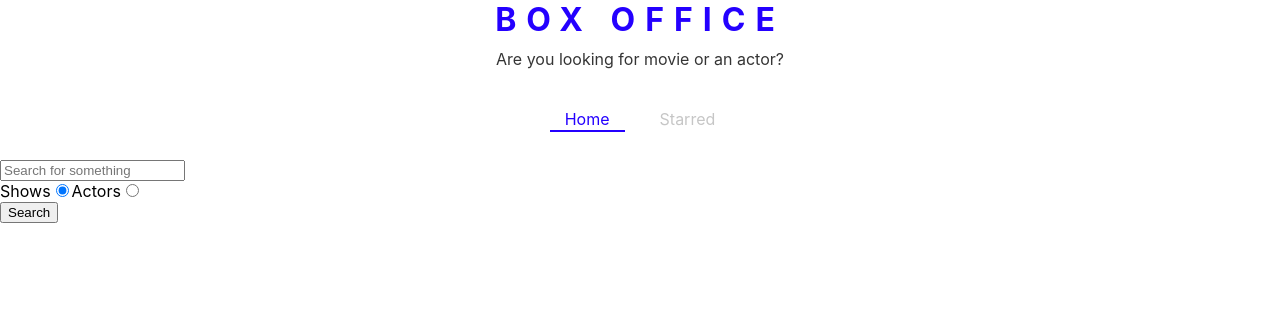
Repository: Mayur2905/Box-office
Page: /
These files come from the project's save history. The page is drawn as it stood at one moment and after the next save; the edit follows.
The browser window is 1280 px wide. The pictures show the whole page.
The project was rebuilt for these pictures with package versions that can differ from the ones it lists, and the page was loaded fresh each time. A package was used in the major version that the imports need, not the one package.json lists. Also part of the build but not shown: src/components/styled.js, src/components/show/ShowCard.styled.js, src/components/show/ShowCard.js, src/components/show/ShowGrid.js, src/components/actor/ActorCard.js, src/components/actor/ActorGrid.js, src/pages/Starred.js, src/components/show/ShowMainData.styled.js and 9 more.

Above is the page before, as saved 2021-10-16 21:19:29.

### public/index.html
<!DOCTYPE html>
<html lang="en">
  <head>
    <meta charset="utf-8" />
    <link rel="icon" href="%PUBLIC_URL%/favicon.ico" />
    <meta name="viewport" content="width=device-width, initial-scale=1" />
    <meta name="theme-color" content="#000000" />
    <meta
      name="description"
      content="Web site created using create-react-app"
    />
    <link rel="apple-touch-icon" href="%PUBLIC_URL%/logo192.png" />
    <!--
      manifest.json provides metadata used when your web app is installed on a
      user's mobile device or desktop. See https://developers.google.com/web/fundamentals/web-app-manifest/
    -->
    <link rel="manifest" href="%PUBLIC_URL%/manifest.json" />
    <!--
      Notice the use of %PUBLIC_URL% in the tags above.
      It will be replaced with the URL of the `public` folder during the build.
      Only files inside the `public` folder can be referenced from the HTML.

      Unlike "/favicon.ico" or "favicon.ico", "%PUBLIC_URL%/favicon.ico" will
      work correctly both with client-side routing and a non-root public URL.
      Learn how to configure a non-root public URL by running `npm run build`.
    -->
    <title>React App</title>
  </head>
  <body>
    <noscript>You need to enable JavaScript to run this app.</noscript>
    <div id="root"></div>
    <link
  href="https://fonts.googleapis.com/css?family=Roboto:300,400,700,&display=swap"
  rel="stylesheet"
/>
<title>Box Office</title>

  </body>
</html>

### src/index.js
import React from 'react';
import ReactDOM from 'react-dom';
import  {BrowserRouter} from 'react-router-dom';
import './index.css';
import App from './App';
import reportWebVitals from './reportWebVitals';

ReactDOM.render(
<BrowserRouter>
  <App />
</BrowserRouter>,
document.getElementById('root')

);

// If you want to start measuring performance in your app, pass a function
// to log results (for example: reportWebVitals(console.log))
// or send to an analytics endpoint. Learn more: https://bit.ly/CRA-vitals
reportWebVitals();

### src/App.js
import React from 'react';
import { ThemeProvider } from 'styled-components';
import { Switch, Route } from 'react-router-dom';

import Home from './pages/Home';
import Starred from './pages/Starred';
import Show from './pages/Show';

const theme = {
  mainColors: {
    blue: '#2400ff',
    gray: '#c6c6c6',
    dark: '#353535',
  },
};

function App() {
  return (
    <ThemeProvider theme={theme}>
    <Switch>
      <Route exact path="/">
        <Home />
      </Route>

      <Route exact path="/starred">
        <Starred />
      </Route>

      <Route exact path="/show/:id">
        <Show />
      </Route>

      <Route>
        <div>Not found</div>
      </Route>
    </Switch>
    </ThemeProvider>
  );
}

export default App;

### src/reportWebVitals.js
 /* eslint-disable */
const reportWebVitals = onPerfEntry => {
  if (onPerfEntry && onPerfEntry instanceof Function) {
    import('web-vitals').then(({ getCLS, getFID, getFCP, getLCP, getTTFB }) => {
      getCLS(onPerfEntry);
      getFID(onPerfEntry);
      getFCP(onPerfEntry);
      getLCP(onPerfEntry);
      getTTFB(onPerfEntry);
    });
  }
};

export default reportWebVitals;

### src/pages/Home.js
import React, { useState } from 'react';
import MainPageLayout from '../components/MainPageLayout';
import { apiGet } from '../misc/config';
import ShowGrid from '../components/show/ShowGrid';
import ActorGrid from '../components/actor/ActorGrid';
import { useLastOuery } from '../misc/custom-hooks';

const Home = () => {
  const [input, setInput] = useLastOuery();
  const [results, setResults] = useState(null);
  const [searchOption, setSearchOption] = useState('shows');

  const isShowsSearch = searchOption === 'shows';
  const onSearch = () => {
    apiGet(`/search/${searchOption}?q=${input}`).then(result => {
      setResults(result);
    });
  };

  const onInputChange = ev => {
    setInput(ev.target.value);
  };

  const onKeyDown = ev => {
    if (ev.keyCode === 13) {
      onSearch();
    }
  };

  const onRadioChange = ev => {
    setSearchOption(ev.target.value);
  };

  const renderResults = () => {
    if (results && results.length === 0) {
      return <div>No results</div>;
    }

    if (results && results.length > 0) {
      return results[0].show ? (
        <ShowGrid data={results} />
      ) : (
        <ActorGrid data={results} />
      );
    }

    return null;
  };

  return (
    <MainPageLayout>
      <input
        type="text"
        placeholder="Search for something"
        onChange={onInputChange}
        onKeyDown={onKeyDown}
        value={input}
      />

      <div>
        <label htmlFor="shows-search">
          Shows
          <input
            id="shows-search"
            type="radio"
            value="shows"
            checked={isShowsSearch}
            onChange={onRadioChange}
          />
        </label>

        <label htmlFor="actors-search">
          Actors
          <input
            id="actors-search"
            type="radio"
            value="people"
            checked={!isShowsSearch}
            onChange={onRadioChange}
          />
        </label>
      </div>

      <button type="button" onClick={onSearch}>
        Search
      </button>
      {renderResults()}
    </MainPageLayout>
  );
};

export default Home;

### src/components/MainPageLayout.js
import React from 'react'
import Navs from './Navs'
import Title from './Title'

const MainPageLayout = ({children}) => {
    return (
        <div>
            <Title title="Box Office"
            subtitle ="Are you looking for movie or an actor?
            "/>
            <Navs/>
            {children}
        </div>
    )
}

export default MainPageLayout

### src/misc/custom-hooks.js
import { useReducer, useEffect,useState } from 'react';
import { apiGet } from './config';

function showsReducer(prevState, action) {
  switch (action.type) {
    case 'ADD': {
      return [...prevState, action.showId];
    }

    case 'REMOVE': {
      return prevState.filter(showId => showId !== action.showId);
    }

    default:
      return prevState;
  }
}

function usePersistedReducer(reducer, initialState, key) {
  const [state, dispatch] = useReducer(reducer, initialState, initial => {
    const persisted = localStorage.getItem(key);

    return persisted ? JSON.parse(persisted) : initial;
  });

  useEffect(() => {
    localStorage.setItem(key, JSON.stringify(state));
  }, [state, key]);

  return [state, dispatch];
}

export function useShows(key = 'shows') {
  return usePersistedReducer(showsReducer, [], key);
}
export function useLastOuery(key='lastQuery') {
     const [input, setInput] = useState(()=>{
        const persisted = sessionStorage.getItem(key);

        return persisted ? JSON.parse(persisted) : "";


     });
     const setPersistedInput =(newState)=>{
         setInput(newState);
         sessionStorage.setItem(key,JSON.stringify(newState))
     }
     return[input,setPersistedInput];
}
const reducer = (prevState, action) => {
    switch (action.type) {
      case 'FETCH_SUCCESS': {
        return { isLoading: false, error: null, show: action.show };
      }

      case 'FETCH_FAILED': {
        return { ...prevState, isLoading: false, error: action.error };
      }

      default:
        return prevState;
    }
  };

export function useShow(showId){
    const [state, dispatch] = useReducer(
        reducer,
        {
            show: null,
            isLoading: true,
            error: null,
        }
      );

      useEffect(() => {
        let isMounted = true;

        apiGet(`/shows/${showId}?embed[]=seasons&embed[]=cast`)
          .then(results => {
            if (isMounted) {
              dispatch({ type: 'FETCH_SUCCESS', show: results });
            }
          })
          .catch(err => {
            if (isMounted) {
              dispatch({ type: 'FETCH_FAILED', error: err.message });
            }
          });

        return () => {
          isMounted = false;
        };
      }, [showId]);
      return state;
}

### src/components/Navs.js
import React from 'react';
import { useLocation } from 'react-router';
import { LinkStyled, NavList } from './Navs.styled';

const LINKS = [
  { to: '/', text: 'Home' },
  { to: '/starred', text: 'Starred' },
];

const Navs = () => {
  const location = useLocation();
  return (
    <div>
      <NavList>
        {LINKS.map(item => (
          <li key={item.to}>
            <LinkStyled to={item.to} className={item.to ===location.pathname ? 'active':''}>{item.text}</LinkStyled>
          </li>
        ))}
      </NavList>
    </div>
  );
};

export default Navs;

### src/components/Navs.styled.js
import styled from "styled-components";
import { Link } from "react-router-dom";

export const NavList = styled.ul`
  display: flex;
  justify-content: center;
  list-style: none;
  margin: 0 0 30px;
  padding: 0;
`;

export const LinkStyled = styled(Link)`
  margin: 0 10px;
  padding: 3px 15px;
  position: relative;
  text-decoration: none;
  color: ${({ theme }) => theme.mainColors.gray};
  &.active {
    color: ${({ theme }) => theme.mainColors.blue};
    &:after {
      content: '';
      position: absolute;
      display: block;
      height: 2px;
      left: 0%;
      bottom: 0;
      background-color: ${({ theme }) => theme.mainColors.blue};
      animation: slide-in 0.3s ease-in forwards;
      @keyframes slide-in {
        from {
          left: 50%;
          width: 0;
        }
        to {
          left: 0%;
          width: 100%;
        }
      }
    }
  }
`;

### src/components/Title.styled.js
import styled from "styled-components";

export const TitleWrapper = styled.div`
  text-align: center;
  margin: 0 0 40px;

  h1 {
    color: ${({ theme }) => theme.mainColors.blue};
    letter-spacing: 10px;
    text-transform: uppercase;
    margin: 0 0 10px;
  }

  p {
    color: ${({ theme }) => theme.mainColors.dark};
    margin: 0;
  }
`;

### src/pages/Home.styled.js
import styled from "styled-components";

export const SearchInput = styled.input`
  display: block;
  font-family: 'Roboto', sans-serif;
  width: 200px;
  margin: auto;
  outline: none;
  padding: 13px 15px;
  border: 1px solid #dbdbdb;
  box-shadow: 0px 0px 10px 0px rgba(219, 219, 219, 0.5);
  font-size: 14px;
  border-radius: 12px;
  color: #8d8d8d;

  &::placeholder {
    font-weight: 300;
    color: #8d8d8d;
  }
`;

export const RadioInputsWrapper = styled.div`
  display: flex;
  justify-content: center;
  margin: 20px 0;

  div {
    margin: 0 15px;
  }
`;

export const SearchButtonWrapper = styled.div`
  text-align: center;
  margin-bottom: 35px;

  button {
    color: #fff;
    background-color: ${({ theme }) => theme.mainColors.blue};
    margin: auto;
    padding: 10px 50px;
    font-size: 15px;
    border: none;
    outline: none;
    border-radius: 12px;
    &:hover {
      cursor: pointer;
    }
  }
`;

Loaded but not shown: src/index.css (common file); src/misc/config.js (common file); src/components/Title.js (common file)

After the next save:
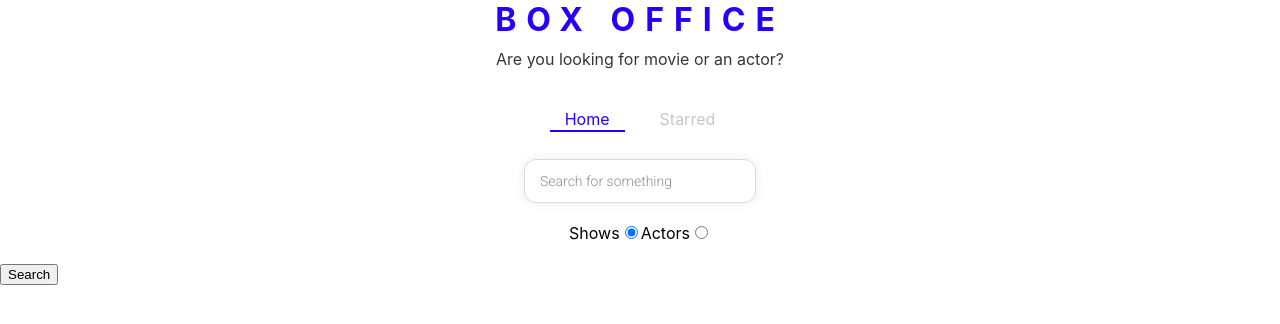
Saved 2 min 41 s later.
--- a/src/pages/Home.js
+++ b/src/pages/Home.js
@@ -4,6 +4,7 @@ import { apiGet } from '../misc/config';
 import ShowGrid from '../components/show/ShowGrid';
 import ActorGrid from '../components/actor/ActorGrid';
 import { useLastOuery } from '../misc/custom-hooks';
+import { RadioInputsWrapper, SearchButtonWrapper, SearchInput } from './Home.styled';
 
 const Home = () => {
   const [input, setInput] = useLastOuery();
@@ -49,7 +50,7 @@ const Home = () => {
 
   return (
     <MainPageLayout>
-      <input
+      <SearchInput
         type="text"
         placeholder="Search for something"
         onChange={onInputChange}
@@ -57,7 +58,7 @@ const Home = () => {
         value={input}
       />
 
-      <div>
+      <RadioInputsWrapper>
         <label htmlFor="shows-search">
           Shows
           <input
@@ -79,7 +80,7 @@ const Home = () => {
             onChange={onRadioChange}
           />
         </label>
-      </div>
+      </RadioInputsWrapper>
 
       <button type="button" onClick={onSearch}>
         Search
